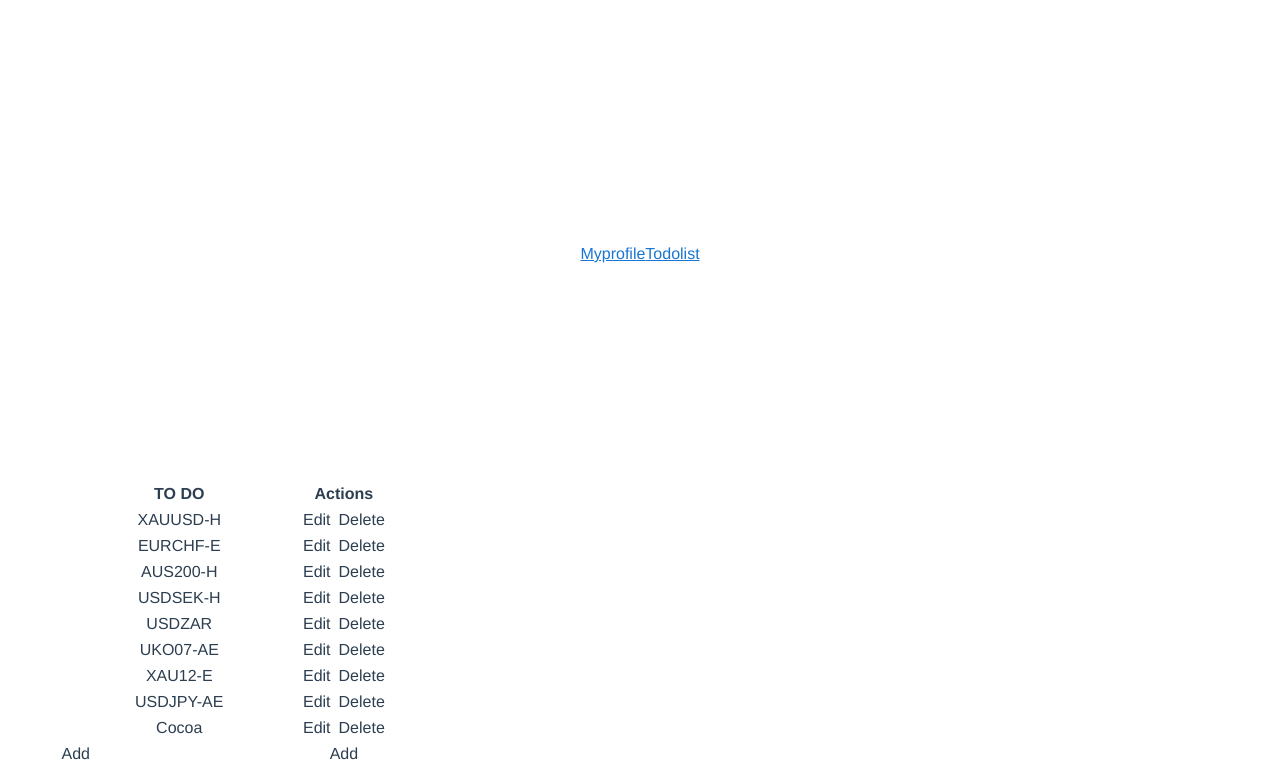
Repository: Shanshan67/todolist
Page: /#/todolist
The author's editor kept a copy of each file at every save. The page is drawn from the files as they stood at one save, then again after the next save.
The browser window is 1280 px wide. The pictures show the whole page.
The project was rebuilt for these pictures with package versions that can differ from the ones it lists, and the page was loaded fresh each time. Requests to the local data server were answered from the project's data file. Also part of the build but not shown: src/pages/Dashboard.vue, src/components/Search.vue, src/components/List.vue, src/pages/Myprofile.vue.

Above is the page before, as saved 2022-07-20 18:38:58.

### index.html
<!DOCTYPE html>
<html>
  <head>
    <meta charset="utf-8">
    <meta name="viewport" content="width=device-width,initial-scale=1.0">
    <link href="https://fonts.googleapis.com/css?family=Roboto:100,300,400,500,700,900" rel="stylesheet">
    <link href="https://cdn.jsdelivr.net/npm/@mdi/font@6.x/css/materialdesignicons.min.css" rel="stylesheet">
    <title>baoge</title>
  </head>
  <body>
    <div id="app"></div>
    <!-- built files will be auto injected -->
  </body>
</html>

### src/main.js
// The Vue build version to load with the `import` command
// (runtime-only or standalone) has been set in webpack.base.conf with an alias.
import Vue from 'vue'
import App from './App'
import router from './router'
import store from './store'
import './plugins/vuetify'
import vuetify from '@/plugins/vuetify'

Vue.config.productionTip = false

/* eslint-disable no-new */
new Vue({
  el: '#app',
  router,
  store,
  vuetify,
  components: { App },
  template: '<App/>'
})

### src/App.vue
<template>
  <v-app>
    <v-content>
      <HelloWorld/>
    </v-content>
    <v-content>
      <router-link to="/profile">Myprofile</router-link>
      <router-link to="/todolist">Todolist</router-link>
    </v-content>
    <div>
      <router-view/>
    </div>
  </v-app>
</template>

<script>
import Dashboard from './pages/Dashboard.vue';
export default {
    name: "App",
    components: { Dashboard }
}
</script>

<style>
#app {
  font-family: 'Avenir', Helvetica, Arial, sans-serif;
  -webkit-font-smoothing: antialiased;
  -moz-osx-font-smoothing: grayscale;
  text-align: center;
  color: #2c3e50;
  margin-top: 60px;
}
</style>

### src/router/index.js
import Vue from 'vue'
import Router from 'vue-router'
import Dashboard from '@/pages/Dashboard'
import Myprofile from '../pages/Myprofile'
import Todolist from '../pages/Todolist'

Vue.use(Router)

export default new Router({
  routes: [
    {
      path: '/',
      name: 'Dashboard',
      component: Dashboard
    },
    {
			path:'/profile',
			component:Myprofile
		},
		{
			path:'/todolist',
			component:Todolist
		}
  ]
})

### src/store/index.js
import Vue from 'vue'
import Vuex from 'vuex'
import Axios from "axios"

Vue.use(Vuex)

const todoUrl = "http://localhost:3000/todos";

const actions = {
	searchName(context,value){
		Axios.get(`${todoUrl}/${value}`).then(response => {
            context.commit('searchName', response.data);
			console.log(response.data)
        });
	}
}


const mutations = {
	searchName(state,data){
		state.users = data
	}
}

const state = {
	users:[]
}

export default new Vuex.Store({
	state,
	actions,
	mutations
})

### src/plugins/vuetify.js
// src/plugins/vuetify.js

import Vue from 'vue'
import Vuetify from 'vuetify'
import 'vuetify/dist/vuetify.min.css'

Vue.use(Vuetify, {
    iconfont: 'md',
    theme:{
        primary: '#962ff',
        success: '#3cd1c2',
        info: '#ffaa2c',
        error: '#f83e70',
    }
})

const opts = {}

export default new Vuetify(opts)

### src/pages/Todolist.vue
<template>
	<div class="container">
		<div class="row">
			<div class="col-12">
				<table class="table table-bordered mt-5">
					<thead>
						<tr>
							<th>TO DO</th>
							<th>Actions</th>
						</tr>
					</thead>
					<tbody>
						<tr v-for="(item, i) in todoList" :key="i">
							<td class="align-middle w-75">
								{{item.name}}
							</td>
							<td class="align-middle text-center w-75">
								<button
									class="btn btn-info btn-sm mx-1"
									@click="handleEdit(item.id)"
								>
									Edit
								</button>
								<button
									class="btn btn-danger btn-sm mx-1"
									@click="handleDelete(item.id)"
								>
									Delete
								</button>
							</td>
						</tr>
					</tbody>
					<tfoot>
						<td class="align-middle text-center w-75">
							<div class="form-group">
								<label for="">{{
									editMode ? "Edit" : "Add"
								}}</label>
								<input
									type="text"
									class="form-control"
									v-model="todoItem.name"
								/>
							</div>
						</td>
						<td class="align-middle text-center w-25">
							<button
								class="btn btn-primary btn-sm mx-1"
								@click="handleToDoItem"
							>
								{{ editMode ? "Edit" : "Add" }}
							</button>
							<button
								v-if="editMode"
								class="btn btn-danger btn-sm mx-1"
								@click="handleCancel"
							>
								Cancel
							</button>
						</td>
					</tfoot>
				</table>
			</div>
		</div>
	</div>
</template>

<script>
	import Axios from "axios";
	const todoUrl = "http://localhost:3000/todos";
	export default {
		name:'Todolist',
		data() {
			return {
				todoList:[],
				todoItem:{},
				editMode:false
			}
		},
		methods: {
			handleEdit(id){
				this.editMode=true;
				this.todoItem=this.todoList.find((item) => item.id == id);
			},
			handleCancel() {
				this.editMode=false;
				this.todoItem="";
			},
			async handleToDoItem(){
				const id=this.todoItem.id;
				if(this.editMode){
					await Axios.put(`${todoUrl}/${id}`, this.todoItem);
					this.editMode=false;
					this.todoItem.name="";
				}else{
					await Axios.post(todoUrl, this.todoItem);
					this.todoItem.name = "";
				}
				Axios.get(todoUrl).then((response) => (this.todoList = response.data));
			},
			async handleDelete(id) {
				await Axios.delete(`${todoUrl}/${id}`);
				Axios.get(todoUrl).then((response) => (this.todoList = response.data));
			}
		},
		created() {
			Axios.get(todoUrl).then((response) => (this.todoList = response.data));
		}
	}
</script>

### db.json
{
  "todos": [
    {
      "id": 2,
      "server_id": 3,
      "name": "XAUUSD-H",
      "description": "Gold vs USD",
      "currency": "USD",
      "type": 4,
      "digits": 2,
      "trade": 0,
      "swap_long": -1.83625,
      "swap_short": 1.82325,
      "contract_size": 100
    },
    {
      "id": 3,
      "server_id": 3,
      "name": "EURCHF-E",
      "description": "Euro vs Swiss Franc",
      "currency": "EUR",
      "type": 6,
      "digits": 5,
      "trade": 0,
      "swap_long": 0.027,
      "swap_short": -0.825,
      "contract_size": 100000
    },
    {
      "id": 4,
      "server_id": 3,
      "name": "AUS200-H",
      "description": "S&P/ASX200",
      "currency": "AUD",
      "type": 4,
      "digits": 2,
      "trade": 0,
      "swap_long": 0.68,
      "swap_short": -1.06,
      "contract_size": 1
    },
    {
      "id": 5,
      "server_id": 3,
      "name": "USDSEK-H",
      "description": "US Dollar vs Swedish Krona",
      "currency": "USD",
      "type": 4,
      "digits": 5,
      "trade": 0,
      "swap_long": 0.256,
      "swap_short": -1.44,
      "contract_size": 100000
    },
    {
      "id": 6,
      "server_id": 3,
      "name": "USDZAR",
      "description": "US Dollar vs South African Rand",
      "currency": "USD",
      "type": 0,
      "digits": 5,
      "trade": 2,
      "swap_long": -23.004,
      "swap_short": 5.88,
      "contract_size": 100000
    },
    {
      "id": 8,
      "server_id": 3,
      "name": "UKO07-AE",
      "description": "Brent Crude Oil Cash Future 0124-0530",
      "currency": "USD",
      "type": 29,
      "digits": 3,
      "trade": 0,
      "swap_long": -8.604,
      "swap_short": 4.626,
      "contract_size": 1000
    },
    {
      "id": 9,
      "server_id": 3,
      "name": "XAU12-E",
      "description": "Gold Future",
      "currency": "USD",
      "type": 4,
      "digits": 2,
      "trade": 0,
      "swap_long": -11.088,
      "swap_short": 0.792,
      "contract_size": 100
    },
    {
      "id": 10,
      "server_id": 3,
      "name": "USDJPY-AE",
      "description": "US Dollar vs Japanese Yen",
      "currency": "USD",
      "type": 27,
      "digits": 3,
      "trade": 0,
      "swap_long": 1.35,
      "swap_short": -4.191,
      "contract_size": 100000
    },
    {
      "id": 11,
      "server_id": 3,
      "name": "Cocoa",
      "description": "US Cocoa",
      "currency": "USD",
      "type": 20,
      "digits": 1,
      "trade": 0,
      "swap_long": -12.3289,
      "swap_short": 7.3873,
      "contract_size": 10
    }
  ]
}

After the next save:
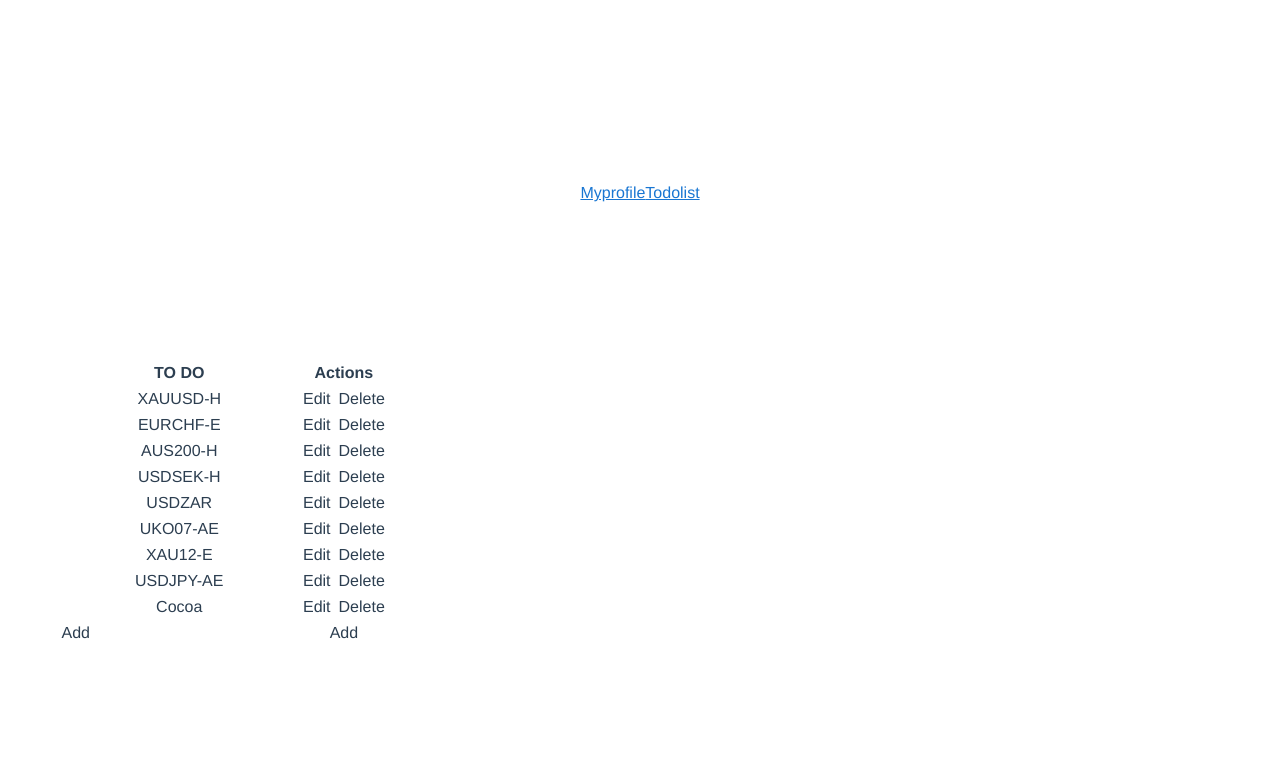
Saved 43 s later.
--- a/src/App.vue
+++ b/src/App.vue
@@ -7,9 +7,9 @@
       <router-link to="/profile">Myprofile</router-link>
       <router-link to="/todolist">Todolist</router-link>
     </v-content>
-    <div>
+    <v-content>
       <router-view/>
-    </div>
+    </v-content>
   </v-app>
 </template>
 
